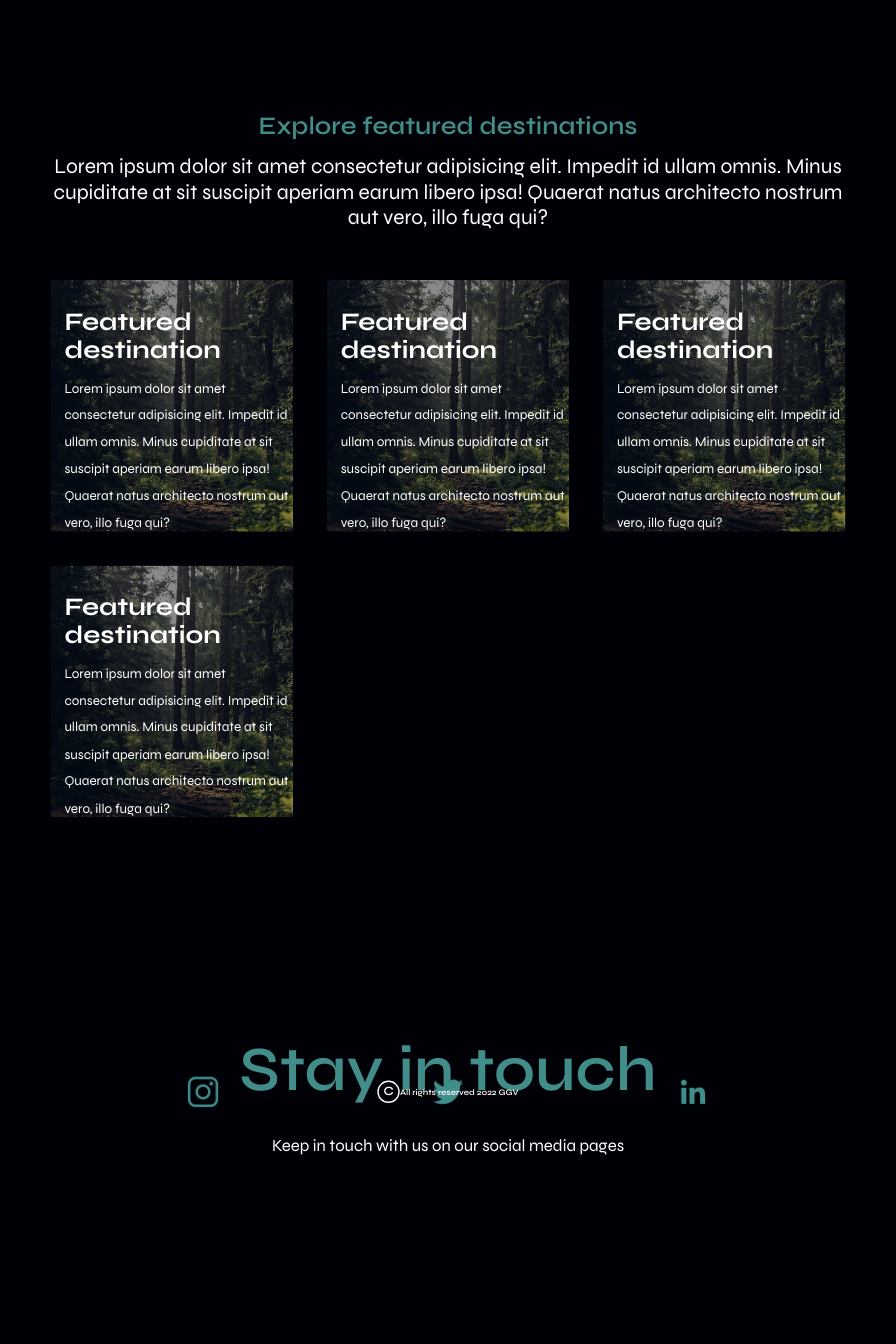
Repository: EngrAhmadUmar/landing-page
Page: /main
The author's editor kept a copy of each file at every save. The page is drawn from the files as they stood at one save, then again after the next save.
The browser window is 1280 px wide. The pictures show the part of the page from y = 1114 to 3034 px (the page is 3034 px tall), at 70% of full size.
The page's requests for data from a server got no answer. The project was rebuilt for these pictures with package versions that can differ from the ones it lists, and the page was loaded fresh each time. The framework's server and built-in components were replaced by stand-ins that run in the browser. No one was signed in, and anything a server would have sent is missing. Also part of the build but not shown: next.config.js.

Above is the page before, as saved 2022-06-28 10:02:15.

### pages/_app.js
import "../styles/globals.css";
import { ApolloClient, InMemoryCache, ApolloProvider } from "@apollo/client";

//apollo clients
const client = new ApolloClient({
  uri: "http://localhost:1337/graphql",
  cache: new InMemoryCache()
});

function MyApp({ Component, pageProps }) {
  return (
    <ApolloProvider client={client}>
      <Component {...pageProps} />
    </ApolloProvider>
  );
}

export default MyApp;

### pages/main.js
import React from "react";
import {
  HeroSection,
  PlanningVisa,
  FeaturedDestination,
  AreasOfConservation,
  Footer
} from "../src/Components/MainPageComponents";

export default function main() {
  return (
    <React.Fragment>
      <div className="bg-[#000107] font-syne">
        <HeroSection />
        <PlanningVisa />
        <FeaturedDestination />
        <AreasOfConservation />
        <Footer />
      </div>
    </React.Fragment>
  );
}

### styles/globals.css
@import url("https://fonts.googleapis.com/css2?family=Poppins:wght@400;500;600&family=Syne:wght@400;500;600;700&display=swap");

@tailwind base;
@tailwind components;
@tailwind utilities;

### src/Components/MainPageComponents/index.jsx
export { default as HeroSection } from "./HeroSection";
export { default as PlanningVisa } from "./PlanningVisa";
export { default as FeaturedDestination } from "./FeaturedDestinations";
export { default as AreasOfConservation } from "./AreasOfConservation";
export { default as Footer } from "./Footer";

### src/Components/MainPageComponents/HeroSection.jsx
import Image from "next/image";
import Link from "next/link";
import styles from "../../../styles/Home.module.css";
import Head from "next/head";

const HeroSection = () => {
  return (
    <div className="text-white h-[100vh]">
      <Head>
        <title>Welcome to GGV</title>
        <meta name="description" content="Welcome to GGV" />
      </Head>
      <div className=" ml-[1.2rem] md:ml-[5rem] lg:ml-[5rem] w-[60px] h-50 py-5">
        <Image src="/logo.svg" layout="responsive" width={5} height={5} />
      </div>
      <div className="ml-[1.2rem] md:ml-[5rem] lg:ml-[5rem] mt-[8vh]">
        <h3
          className={`${
            styles.header
          } ${"min-w-[300px] max-w-[500px] font-semibold"}`}
        >
          GGV
        </h3>
        <p className="text-4xl md:text-4xl lg:text-6xl font-semibold">
          Your gateway to <br></br>environmental tourism
        </p>
        <br></br>
        <p className="md:text-xl">
          Lorem ipsum dolor sit amet, consectetur adipiscing elit. Etiam eu
          turpis molestie, dictum est a, mattis tellus...
        </p>
        <button className="bg-[#000107] md:bg-[#418d89] rounded-md border-2 border-[#418d89] mt-12 mb-3 py-1 ">
          <Link href="#Apply">
            <a className="p-6 text-xl md:text-2xl">Apply for the Visa</a>
          </Link>
        </button>
      </div>
    </div>
  );
};

export default HeroSection;

### src/Components/MainPageComponents/PlanningVisa.jsx
import React from "react";
import styles from "../../../styles/Home.module.css";
import VisaDesc from "./VisaDesc";
const PlanningVisa = () => {
  return (
    <div className="font-syne flex justify-center text-white">
      <div className="mt-[3rem] max-w-[90vw]">
        <div className="">
          <h3
            className={`${
              styles.headings
            }  ${"text-center text-3xl md:text-4xl  font-semibold"}`}
          >
            Planning for your Global Green Visa
          </h3>
        </div>
        <div className=" mt-16 grid grid-cols-1 p-2 gap-12 md:grid-cols-3">
          <VisaDesc
            title="Choose your destination"
            description="Lorem ipsum dolor sit amet, consectetur adipiscing elit."
            icon="/icons/location_icon.png"
          />
          <VisaDesc
            title="Pay the Visa"
            description="Lorem ipsum dolor sit amet, consectetur adipiscing elit."
            icon="/icons/pay_icon.png"
          />
          <VisaDesc
            title="Get a QR code"
            description="Lorem ipsum dolor sit amet, consectetur adipiscing elit."
            icon="/icons/bi_qr-code.png"
          />
        </div>

        <p className="text-center mt-8 px-4 leading-loose text-[1.3rem] md:text-[1.5rem] lg:text-[2rem] lg:px-[4rem]"></p>
      </div>
    </div>
  );
};

export default PlanningVisa;

### src/Components/MainPageComponents/FeaturedDestinations.jsx
import React from "react";
import DestinationCard from "./DestinationCard";
import Link from "next/link";
import { useQuery, gql } from "@apollo/client";

const featuredDestinations = gql`
  query GetfeaturedDestinations {
    futureDestinations {
      data {
        id
        attributes {
          title
          short_description
        }
      }
    }
  }
`;

// componentDidMount, ComponentDidUpdate, ComponentDIdRemove

const FeaturedDestinations = () => {
  try {
    const { loading, error, data } = useQuery(featuredDestinations);
    if (loading) return <p>Loading...</p>;
    if (error) {
      console.log("couldn't fetch");
      console.log(error);
    } else {
      destinations = data.futureDestinations.data;
    }
  } catch (error) {
    console.log("couldn't fetch");
    console.log(error);
  }

  return (
    <div className="bg-[#000107] font-syne flex justify-center text-center text-white mt-[2rem]">
      <div className="mt-[1rem] max-w-[90vw]">
        <div className="">
          <h3 className="text-3xl lg:text-4xl mt-[7rem] text-[#418D89] font-semibold">
            Explore featured destinations
          </h3>
        </div>
        <p className="mt-5 leading-loose text-lg lg:text-2xl xl:text-3xl ">
          Lorem ipsum dolor sit amet consectetur adipisicing elit. Impedit id
          ullam omnis. Minus cupiditate at sit suscipit aperiam earum libero
          ipsa! Quaerat natus architecto nostrum aut vero, illo fuga qui?
        </p>

        <div className="grid grid-cols-1 p-2 gap-12 mt-[4rem] md:grid-cols-2 lg:grid-cols-3 ">
          {destinations.map((destination) => {
            return (
              <DestinationCard
                title={destination.title}
                short_description={destination.short_description}
              />
            );
          })}
        </div>
        {/* We will uncomment this one just a litle bit later when we have the content for that page */}

        {/* <button className="bg-[#418d89] py-2 rounded-lg mt-8 mb-3">
          <Link href="#">
            <a className="px-8 py-1 text-lg md:text-2xl">see more</a>
          </Link>
        </button> */}
      </div>
    </div>
  );
};

let destinations = [
  {
    title: "Featured destination",
    short_description:
      "Lorem ipsum dolor sit amet consectetur adipisicing elit. Impedit id ullam omnis. Minus cupiditate at sit suscipit aperiam earum libero ipsa! Quaerat natus architecto nostrum aut vero, illo fuga qui?"
  },
  {
    title: "Featured destination",
    short_description:
      "Lorem ipsum dolor sit amet consectetur adipisicing elit. Impedit id ullam omnis. Minus cupiditate at sit suscipit aperiam earum libero ipsa! Quaerat natus architecto nostrum aut vero, illo fuga qui?"
  },
  {
    title: "Featured destination",
    short_description:
      "Lorem ipsum dolor sit amet consectetur adipisicing elit. Impedit id ullam omnis. Minus cupiditate at sit suscipit aperiam earum libero ipsa! Quaerat natus architecto nostrum aut vero, illo fuga qui?"
  },
  {
    title: "Featured destination",
    short_description:
      "Lorem ipsum dolor sit amet consectetur adipisicing elit. Impedit id ullam omnis. Minus cupiditate at sit suscipit aperiam earum libero ipsa! Quaerat natus architecto nostrum aut vero, illo fuga qui?"
  }
];

export default FeaturedDestinations;

### src/Components/MainPageComponents/AreasOfConservation.jsx
import React from "react";

const AreasOfConservation = () => {
  return <div>AreasOfConservation</div>;
};

export default AreasOfConservation;

### src/Components/MainPageComponents/Footer.jsx
import React from "react";
import Head from "next/head";
import Image from "next/image";
import Instagram from "../../../public/instagram.png";
import Twitter from "../../../public/twitter.png";
import LinkedIn from "../../../public/linkedin.png";

const Footer = () => {
  return (
    <div className="bg-[#000107] h-[100vh] text-center font-syne relative sm:px-10 flex flex-col justify-center items-center w-full">
      <Head>
        <title>Stay In Touch</title>
        <meta
          name="keywords"
          content="social media, stay in touch, reach out, ggv, global green visa"
        />
      </Head>
      <div className="px-8">
        <h1 className="text-[#418D89] font-semibold text-[33px] sm:text-[90px] ">
          Stay in touch
        </h1>
        <p className="text-white leading-[43px] font-normal text-[1.5rem] mt-5  ">
          Keep in touch with us on our social media pages
        </p>
      </div>

      <div className="absolute flex justify-between w-7/12 m-auto">
        <Image src={Instagram} alt="Instagram" width={46} height={46} />
        <Image src={Twitter} alt="Instagram" width={46} height={46} />
        <Image src={LinkedIn} alt="Instagram" width={46} height={46} />
      </div>
      <div className="text-white font-semibold absolute flex justify-center items-center">
        <div className="text-[18px] border-white border-solid border-2 rounded-full w-8 h-8 flex justify-center items-center">
          C
        </div>
        <div className="text-xs">All rights reserved 2022 GGV</div>
      </div>
    </div>
  );
};

export default Footer;

### styles/Home.module.css
.header {
  position: relative;
  font-size: clamp(3.8rem, -0.875rem + 8.333vw, 3.5rem);
}
/* .headerContainer {
  max-width: 300px;
} */

.header::before {
  content: "";
  position: absolute;
  background: #418d89;
  width: 100px;
  height: 6px;
  border-radius: 40px;
  font-family: "Syne";
}

### src/Components/MainPageComponents/VisaDesc.jsx
import React from "react";

const VisaDesc = ({ icon, title, description }) => {
  return (
    <section className=" py-4 px-4 bg-[#1F2232] rounded-[10px] ">
      <div className="rounded-[50%] bg-[#418d89] w-[50px] h-[50px] my-[-45px] absolute z-10 flex justify-center align-center">
        <img src={icon} alt="" width={28} className="my-auto" />
      </div>
      <h5 className="mt-10 mb-8 text-2xl font-semibold">{title}</h5>
      <p className="text-[1rem] md:text-[1rem] lg:text-[1.2rem]">
        {description}
      </p>
    </section>
  );
};

export default VisaDesc;

// this is the component which accepts the icon, title and the desc as props
/* Pay the Visa */

### src/Components/MainPageComponents/DestinationCard.jsx
import React from "react";
import Image from "next/image";
import destinationPic from "../../../public/sample-pic.jpeg";

const DestinationCard = ({ title, short_description }) => {
  return (
    <div className="relative h-[50vh] w-full ">
      <Image
        className="rounded opacity-60"
        layout="fill"
        objectFit="cover"
        src={destinationPic}
      />
      <div className="text-left absolute top-10 left-5">
        <h3 className="text-2xl font-bold xl:text-4xl">{title}</h3>
        <p className="mt-4 leading-loose text-[1rem] lg:text-[1.2rem]">
          {short_description}
        </p>
      </div>
    </div>
  );
};

export default DestinationCard;

// this is the card which accepts the destination title etc as props and will be reused later in FeaturedDestination component

### tailwind.config.js
/** @type {import('tailwindcss').Config} */
module.exports = {
  content: [
    "./pages/**/*.{js,ts,jsx,tsx}",
    "./components/**/*.{js,ts,jsx,tsx}",
    "./src/Components/**/*.{js,ts,jsx,tsx}"
  ],
  theme: {
    extend: {
      colors: {
        black: "#000107"
      },
      fontFamily: {
        syne: ["Syne"]
      }
    }
  },
  plugins: []
};

Loaded but not shown: pages/api/checkout_sessions.js (no copy from this time; the picture is the same without it); pages/api/email.js (no copy from this time; the picture is the same without it)

After the next save:
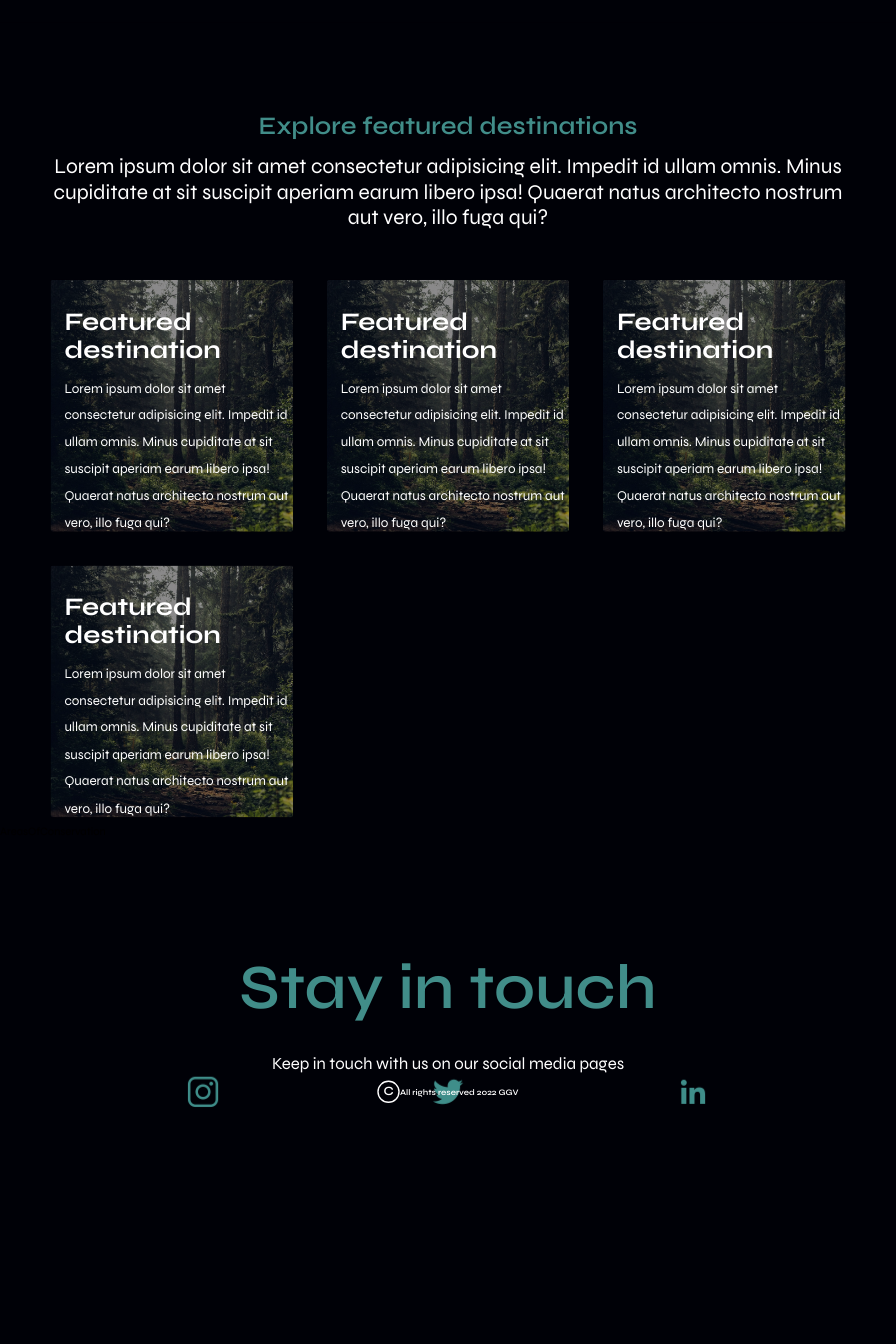
Saved 8 s later.
--- a/src/Components/MainPageComponents/Footer.jsx
+++ b/src/Components/MainPageComponents/Footer.jsx
@@ -15,7 +15,7 @@ const Footer = () => {
           content="social media, stay in touch, reach out, ggv, global green visa"
         />
       </Head>
-      <div className="px-8">
+      <div className="absolute top-[20%] px-8">
         <h1 className="text-[#418D89] font-semibold text-[33px] sm:text-[90px] ">
           Stay in touch
         </h1>
